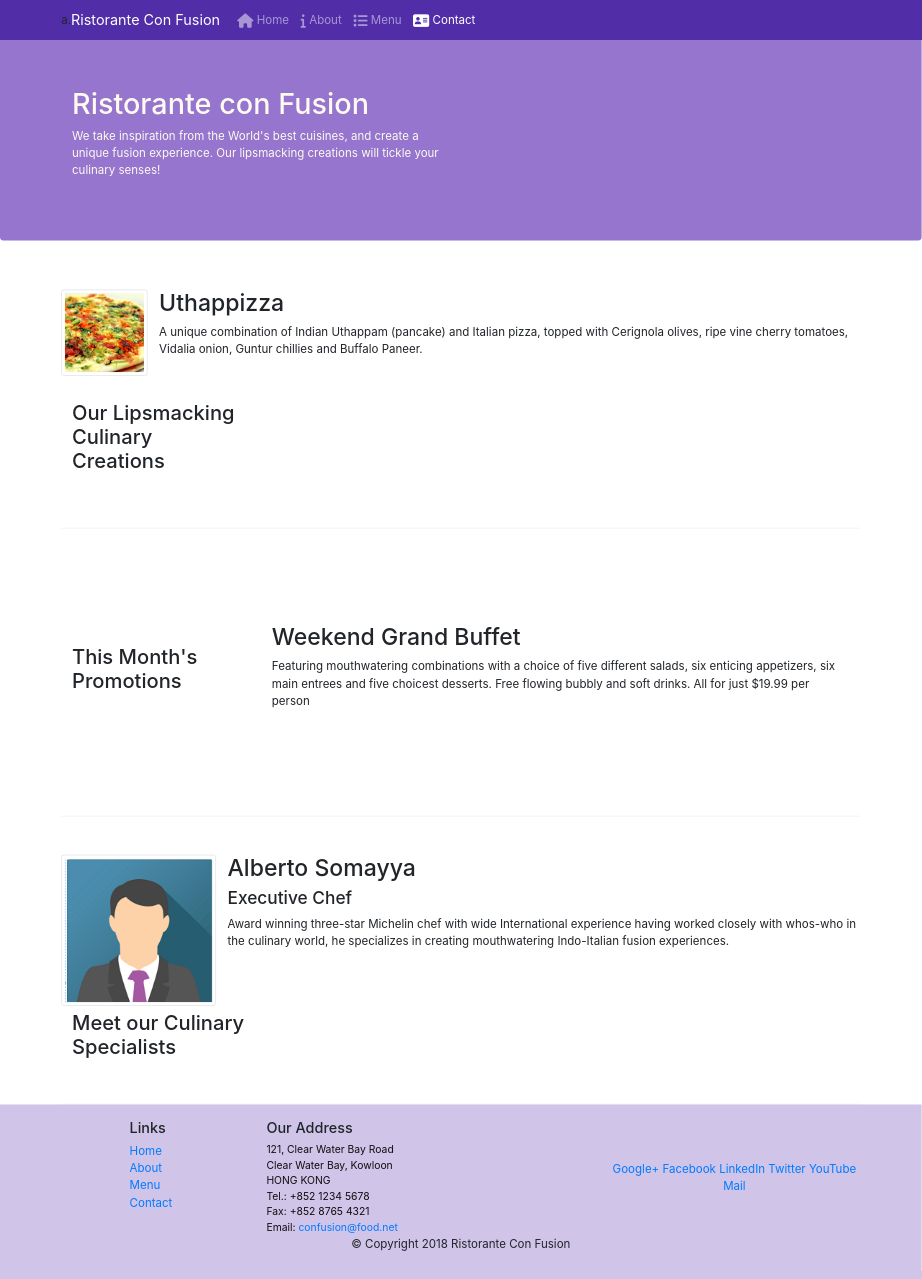
Repository: HwZau/conFusion
Page: index.html
The author's editor kept a copy of each file at every save. The page is drawn from the files as they stood at one save, then again after a run of saves.
The browser window is 1280 px wide. The pictures show the whole page, at 72% of full size.
Some web libraries are served in a nearby version.

Above is the page before, as saved 2022-05-26 10:43:03.

After the next 3 saves:
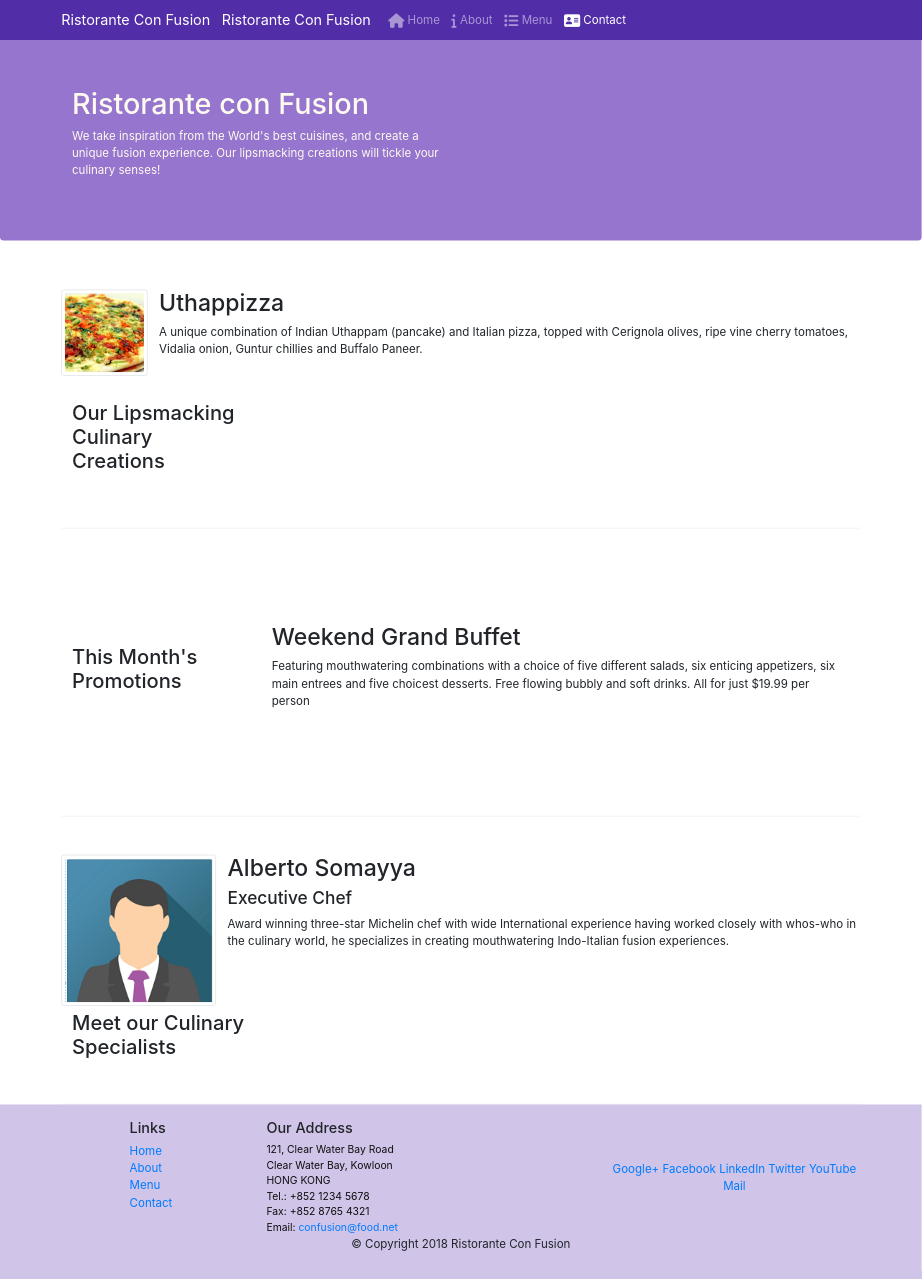
The 3 saves are shown as one change because they came seconds apart.
The last was saved 9 s later.
--- a/index.html
+++ b/index.html
@@ -20,7 +20,8 @@
       <button class="navbar-toggler" type="button" data-toggle="collapse" data-target="#Navbar">
         <span class="navbar-toggler-icon"></span>
       </button>
-      a.
+
+      <a class="navbar-brand" href="#">Ristorante Con Fusion</a>
       <a class="navbar-brand" href="#">Ristorante Con Fusion</a>
       <div class="collapse navbar-collapse" id="Navbar">
         <ul class="navbar-nav mr-auto">
